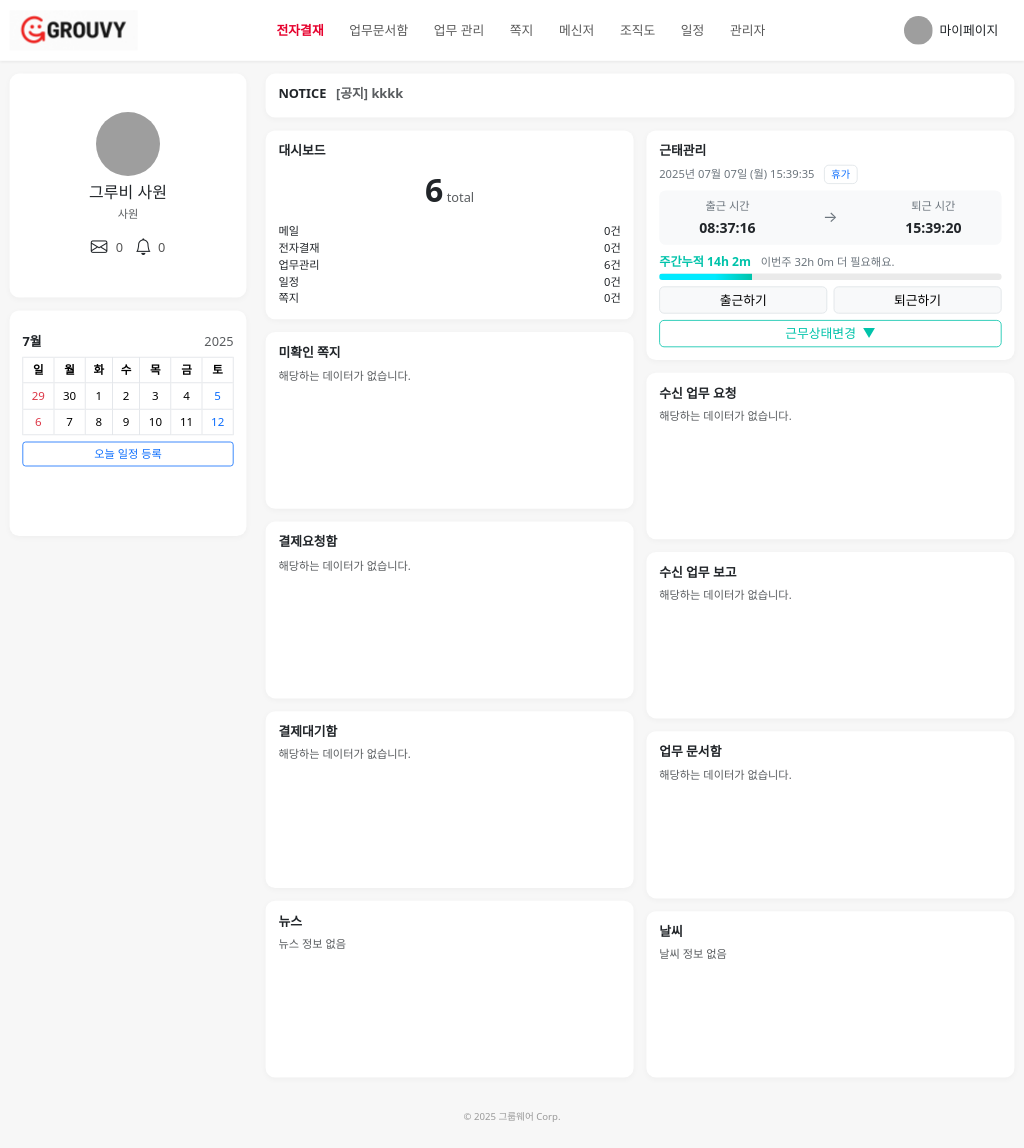
Repository: hyunbin7664/web-java-workspace
Page: groupware/src/main/webapp/index.html
These files come from the project's save history. The page is drawn as it stood at one moment and after the next save; the edit follows.
The browser window is 1280 px wide. The pictures show the whole page, at 80% of full size.
Pictures or frames that could not be fetched are drawn as grey boxes.

Above is the page before, as saved 2025-07-08 03:29:49.

### groupware/src/main/webapp/index.html
<!DOCTYPE html>
<html lang="ko">
<head>
<meta charset="UTF-8">
<title>GROUVY 메인 화면</title>
<meta name="viewport" content="width=device-width, initial-scale=1">
<!-- Bootstrap CSS CDN -->
<link
	href="https://cdn.jsdelivr.net/npm/bootstrap@5.3.2/dist/css/bootstrap.min.css"
	rel="stylesheet">
<link rel="stylesheet" href="https://cdn.jsdelivr.net/npm/bootstrap-icons@1.11.1/font/bootstrap-icons.css">
<!-- <link rel="stylesheet" href="style.css"> -->
<style type="text/css">
body {
	background: #f7f7f7;
}

.navbar-brand {
	color: #e6002d !important;
	font-size: 1.5rem;
}

.nav-item {
	padding-right: 1rem;
}

.navbar-nav .nav-link.active {
	font-weight: bold;
	color: #e6002d !important;
}

.logo-img {
	width: 160px;
	height: 50px;
	object-fit: cover;
	object-position: center;
}

.navbar .container-fluid {
	padding-right: 2rem;
}

.icon-group {
  display: flex;
  justify-content: center;
  margin-top: 10px;
  gap: 15px;
  font-size: 1.2rem;
  color: #555;
}

.icon-group a {
  display: flex;
  align-items: center;
  text-decoration: none;
  color: #333;
  font-size: 1.3rem;
}

.icon-group span {
  font-size: 1rem;
  color: #555;
}

.custom-gap {
  margin-left: 0.65rem;  /* 원하는 px 값으로 조정 (ex: 4px, 6px, 8px) */
}

.calendar-table th, .calendar-table td {
	font-size: 0.9rem;
	padding: 0.3rem;
}

.calendar {
	padding-top: 10px;
	padding-bottom: 10px;
	min-height: 250px; /* 원하는 높이 추가 */
}

.card {
	border-radius: 12px;
	border: none;
	box-shadow: 0 2px 8px rgba(0, 0, 0, 0.04);
}

.dashboard-chart {
	margin: 0.5rem 0;
}

@media ( max-width : 991px) {
	.col-lg-2, .col-lg-10 {
		flex: 0 0 100%;
		max-width: 100%;
	}
}
/* 카드 높이 균등 분배 */
.col-lg-6 .row.g-3 {
	height: 100%;
	min-height: 1200px; /* 필요시 조정 */
	display: flex;
	flex-direction: column;
	justify-content: stretch;
}

.col-lg-6 .row.g-3>.col-12 {
	flex: 1 1 0;
	display: flex;
}

.col-lg-6 .card {
	flex: 1 1 0;
	display: flex;
	flex-direction: column; /*세로 방향으로 쌓음*/
	/* justify-content: center; */
}

.attendance-card {
	border-radius: 18px;
	box-shadow: 0 2px 12px rgba(0, 0, 0, 0.06);
	background: #fff;
}

.attendance-card .progress {
	background: #eaeaea;
	border-radius: 8px;
	overflow: visible;
	margin-bottom: 1.5rem;
}

.attendance-card .progress-bar {
	border-radius: 8px;
	min-width: 12px;
}

.attendance-card .progress-label {
	font-size: 0.9rem;
	color: #aaa;
}

.attendance-card .btn-outline-success {
	border-width: 2px;
	font-weight: 600;
	color: #00c3aa;
	border-color: #00c3aa;
}

.attendance-card .btn-outline-success:hover {
	background: #00c3aa;
	color: #fff;
}

footer {
	text-align: center;
	padding: 10px;
	font-size: 12px;
	color: #999;
	margin-top: 30px;      /* 푸터 위쪽 여백 */
	margin-bottom: 20px;
}
</style>
</head>
<body>
	<!-- 네비게이션바 -->
	<nav class="navbar navbar-expand-lg navbar-light bg-white shadow-sm">
		<div class="container-fluid">
			<a class="navbar-brand d-flex align-items-center" href="index.html">
				<span class="logo-crop">
					<img src="grouvy_logo.jpg" alt="GROUVY 로고" class="logo-img">
				</span>
			</a>
			<ul class="navbar-nav mb-2 mb-lg-0">
				<li class="nav-item"><a class="nav-link active" href="#">전자결재</a></li>
				<!-- 커서 active-->
				<li class="nav-item"><a class="nav-link" href="#">업무문서함</a></li>
				<li class="nav-item"><a class="nav-link" href="#">업무 관리</a></li>
				<li class="nav-item"><a class="nav-link" href="#">쪽지</a></li>
				<li class="nav-item"><a class="nav-link" href="#">메신저</a></li>
				<li class="nav-item"><a class="nav-link" href="#">조직도</a></li>
				<li class="nav-item"><a class="nav-link" href="#">일정</a></li>
				<li class="nav-item"><a class="nav-link" href="admin_dashboard.html">관리자</a></li>
			</ul>
			<div class="d-flex align-items-center">
				<a href="mypage.html" >
					<img src="https://search.pstatic.net/sunny/?src=https%3A%2F%2Fs3.orbi.kr%2Fdata%2Ffile%2Funited2%2F6cc64e06aa404ac3a176745b9c1d5bfa.jpeg&type=sc960_832"
							alt="프로필" class="rounded-circle" width="36" height="36">
				</a>
				<a href="mypage.html" class="ms-2 text-decoration-none text-dark">마이페이지</a>
			</div>
		</div>
	</nav>

	<div class="container-fluid mt-3">
		<div class="row">
			<!-- 왼쪽 사이드바 -->
			<div class="col-lg-3 col-md-3 col-12 mb-3">
				<div class="card p-5 mb-3 text-center">
					<img
						src="https://search.pstatic.net/sunny/?src=https%3A%2F%2Fs3.orbi.kr%2Fdata%2Ffile%2Funited2%2F6cc64e06aa404ac3a176745b9c1d5bfa.jpeg&type=sc960_832"
						alt="프로필" class="rounded-circle mx-auto" width="80" height="80">
					<h5 class="mt-2 mb-1">그루비 사원</h5>
					<small class="text-muted">사원</small>
					<div class="icon-group mt-3">
						<a href="#" class="text-dark text-decoration-none"> <i
							class="bi bi-envelope"></i> <span class="small custom-gap">0</span>
						</a> <a href="#" class="text-dark text-decoration-none"> <i
							class="bi bi-bell"></i> <span class="small ms-2">0</span>
						</a>
					</div>
				</div>
				<div class="card p-3 mb-3">
					<div class="calendar">
						<div
							class="d-flex justify-content-between align-items-center mb-2">
							<span class="fw-bold">7월</span> <span class="text-muted">2025</span>
						</div>
						<!-- 간단한 캘린더 예시 -->
						<table
							class="table table-bordered text-center mb-2 calendar-table">
							<tr>
								<th>일</th>
								<th>월</th>
								<th>화</th>
								<th>수</th>
								<th>목</th>
								<th>금</th>
								<th>토</th>
							</tr>
							<tr>
								<td class="text-danger">29</td>
								<td>30</td>
								<td>1</td>
								<td>2</td>
								<td>3</td>
								<td>4</td>
								<td class="text-primary">5</td>
							</tr>
							<tr>
								<td class="text-danger">6</td>
								<td>7</td>
								<td>8</td>
								<td>9</td>
								<td>10</td>
								<td>11</td>
								<td class="text-primary">12</td>
							</tr>
							<!-- 필요에 따라 추가 -->
						</table>
						<button class="btn btn-sm btn-outline-primary w-100">오늘
							일정 등록</button>
					</div>
				</div>
			</div>

			<!-- 메인 컨텐츠 -->
			<div class="col-lg-9 col-md-9 col-12">
				<div class="row g-3">
					<!-- 공지 -->
					<div class="col-12">
						<div class="card p-3">
							<h6 class="mb-1 fw-bold">
								NOTICE <span class="text-muted ms-2">[공지] kkkk</span>
							</h6>
						</div>
					</div>
					<!-- 대시보드/근태관리/미확인 쪽지/결제요청함/결제대기함/수신 업무 요청/수신 업무 보고/업무 문서함/날씨/뉴스 -->
					<div class="col-lg-6 col-md-6 col-12 d-flex flex-column">
						<div class="row flex-grow-1 min-vh-50 g-3">
							<div class="col-12">
								<div class="card p-3 h-100">
									<h6 class="fw-bold mb-2">대시보드</h6>
									<div class="dashboard-chart text-center">
										<span class="display-6 fw-bold">6</span> <span
											class="text-muted">total</span>
									</div>
									<ul class="list-unstyled mt-2 mb-0 small">
										<li>메일 <span class="float-end">0건</span></li>
										<li>전자결재 <span class="float-end">0건</span></li>
										<li>업무관리 <span class="float-end">6건</span></li>
										<li>일정 <span class="float-end">0건</span></li>
										<li>쪽지 <span class="float-end">0건</span></li>
									</ul>
								</div>
							</div>

							<div class="col-12">
								<div class="card p-3 h-100">
									<h6 class="fw-bold mb-2">미확인 쪽지</h6>
									<div class="text-muted small">해당하는 데이터가 없습니다.</div>
								</div>
							</div>
							<div class="col-12">
								<div class="card p-3 h-100">
									<h6 class="fw-bold mb-2">결제요청함</h6>
									<div class="text-muted small">해당하는 데이터가 없습니다.</div>
								</div>
							</div>
							<div class="col-12">
								<div class="card p-3 h-100">
									<h6 class="fw-bold mb-2">결제대기함</h6>
									<div class="text-muted small">해당하는 데이터가 없습니다.</div>
								</div>
							</div>
							<div class="col-12">
								<div class="card p-3 h-100">
									<h6 class="fw-bold mb-2">뉴스</h6>
									<div class="text-muted small">뉴스 정보 없음</div>
								</div>
							</div>
						</div>
					</div>
					<div class="col-lg-6 col-md-6 col-12 d-flex flex-column">
						<div class="row flex-grow-1 min-vh-50 g-3">
							<div class="col-12">
								<div class="card p-3 h-100">
									<h6 class="fw-bold mb-2">근태관리</h6>
									<div class="mb-2 text-secondary small">
										2025년 07월 07일 (월) 15:39:35 <span
											class="badge bg-white border text-primary ms-2"
											style="font-size: 0.8rem; font-weight: 500;">휴가</span>
									</div>
									<div
										class="bg-light rounded-3 py-2 px-2 mb-2 d-flex align-items-center justify-content-between flex-wrap">
										<div class="text-center flex-fill">
											<div class="text-secondary mb-1 small">출근 시간</div>
											<div class="fw-bold" style="font-size: 1.1rem;">08:37:16</div>
										</div>
										<div class="text-center flex-fill">
											<span class="text-secondary" style="font-size: 1.2rem;">→</span>
										</div>
										<div class="text-center flex-fill">
											<div class="text-secondary mb-1 small">퇴근 시간</div>
											<div class="fw-bold" style="font-size: 1.1rem;">15:39:20</div>
										</div>
									</div>
									<div class="mb-1">
										<span class="fw-bold"
											style="color: #00c3aa; font-size: 0.95rem;">주간누적 14h
											2m</span> <span class="text-secondary ms-2 small">이번주 32h 0m
											더 필요해요.</span>
									</div>
									<div class="progress position-relative mb-2"
										style="height: 8px; background: #eaeaea;">
										<div class="progress-bar" role="progressbar"
											style="width: 27%; background: linear-gradient(90deg, #00eaff 60%, #00c3aa 100%);"
											aria-valuenow="14" aria-valuemin="0" aria-valuemax="52"></div>
										<span class="position-absolute start-0 translate-middle-y"
											style="top: 16px; font-size: 0.8rem; color: #aaa;">0h</span>
										<span class="position-absolute"
											style="left: 75%; top: 16px; font-size: 0.8rem; color: #aaa;">40h</span>
										<span class="position-absolute end-0 translate-middle-y"
											style="top: 16px; font-size: 0.8rem; color: #aaa;">52h</span>
									</div>
									<div class="d-flex gap-2 mb-2">
										<button class="btn btn-light flex-fill border py-1 px-1 small">출근하기</button>
										<button class="btn btn-light flex-fill border py-1 px-1 small">퇴근하기</button>
									</div>
									<button class="btn btn-outline-success w-100 py-1 px-1 small"
										style="font-weight: 500; border-color: #00c3aa; color: #00c3aa;">
										근무상태변경 <span class="ms-1">&#9660;</span>
									</button>
								</div>
							</div>
							<div class="col-12">
								<div class="card p-3 h-100">
									<h6 class="fw-bold mb-2">수신 업무 요청</h6>
									<div class="text-muted small">해당하는 데이터가 없습니다.</div>
								</div>
							</div>
							<div class="col-12">
								<div class="card p-3 h-100">
									<h6 class="fw-bold mb-2">수신 업무 보고</h6>
									<div class="text-muted small">해당하는 데이터가 없습니다.</div>
								</div>
							</div>
							<div class="col-12">
								<div class="card p-3 h-100">
									<h6 class="fw-bold mb-2">업무 문서함</h6>
									<div class="text-muted small">해당하는 데이터가 없습니다.</div>
								</div>
							</div>
							<div class="col-12">
								<div class="card p-3 h-100">
									<h6 class="fw-bold mb-2">날씨</h6>
									<div class="text-muted small">날씨 정보 없음</div>
								</div>
							</div>
						</div>
					</div>
				</div>
				<!-- row -->
			</div>
		</div>
	</div>
	<footer> © 2025 그룹웨어 Corp. </footer>
</body>
</html>

After the next save:
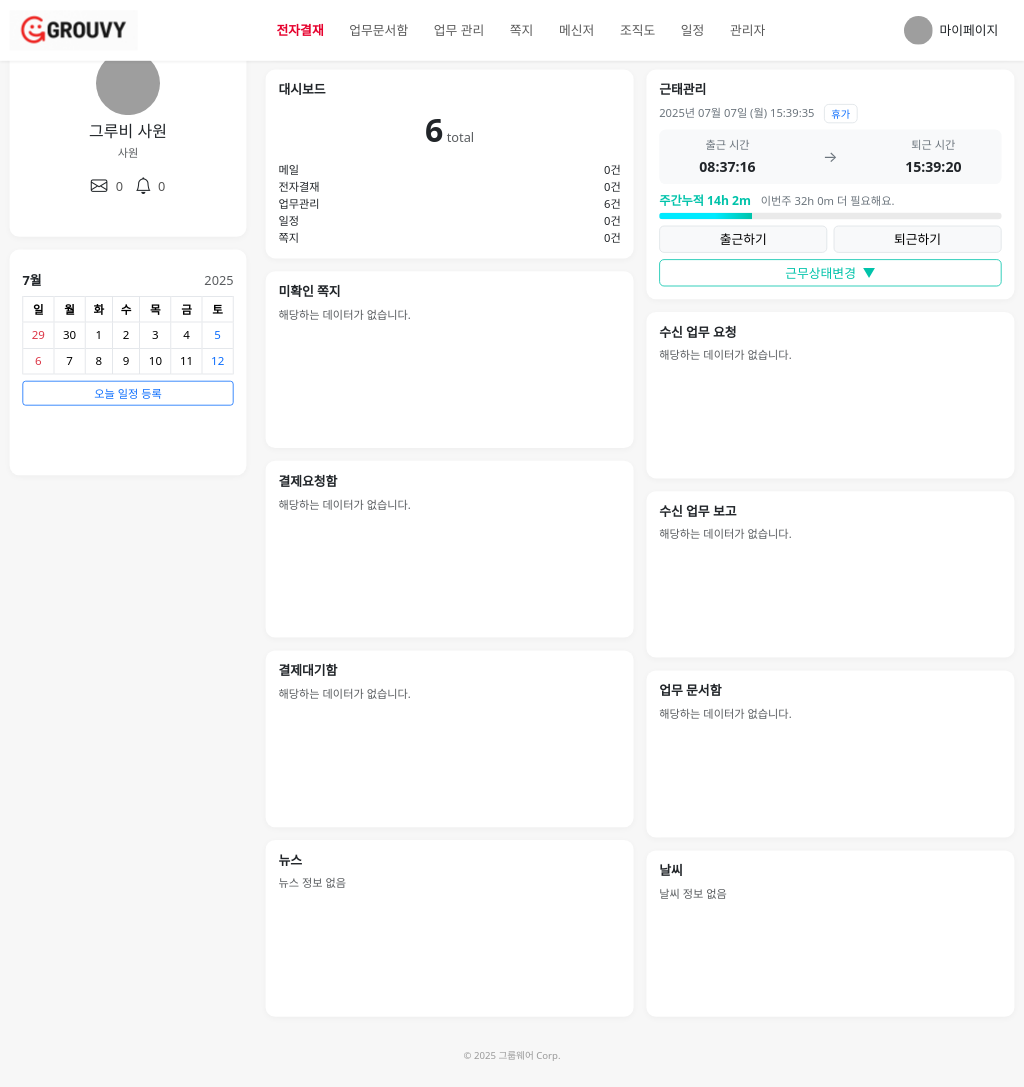
Saved 2 h 17 min later.
--- a/groupware/src/main/webapp/index.html
+++ b/groupware/src/main/webapp/index.html
@@ -161,7 +161,7 @@ footer {
 </head>
 <body>
 	<!-- 네비게이션바 -->
-	<nav class="navbar navbar-expand-lg navbar-light bg-white shadow-sm">
+	<nav class="navbar navbar-expand-lg navbar-light bg-white shadow-sm fixed-top">
 		<div class="container-fluid">
 			<a class="navbar-brand d-flex align-items-center" href="index.html">
 				<span class="logo-crop">
